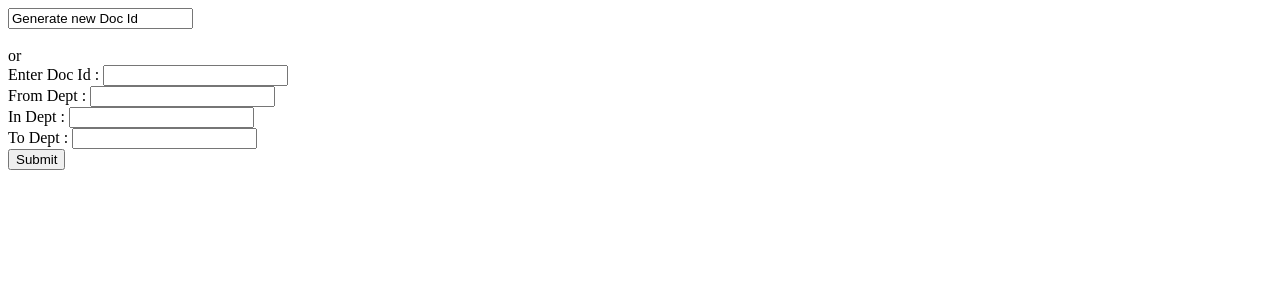
Repository: javaSingh/java
Page: workspace/minor project with inder 7th sem/WebContent/newdocreceived.html
An editor plug-in stored every save of this project. The page is shown before and after the next save, followed by the edit.
The browser window is 1280 px wide. The pictures show the whole page.

Above is the page before, as saved 2014-10-19 14:26:41.

After the next save:
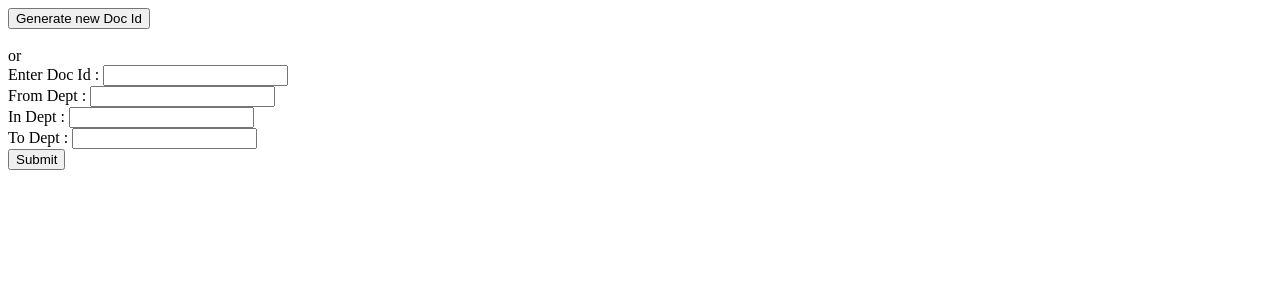
Saved 30 s later.
--- a/workspace/minor project with inder 7th sem/WebContent/newdocreceived.html
+++ b/workspace/minor project with inder 7th sem/WebContent/newdocreceived.html
@@ -13,7 +13,7 @@ function fun()
 </script>
 
 <form aciton='Serv3'>
-<input type='submiy'value='Generate new Doc Id'></input>
+<input type='submit'value='Generate new Doc Id'></input>
 </form>
 <br>
 or
